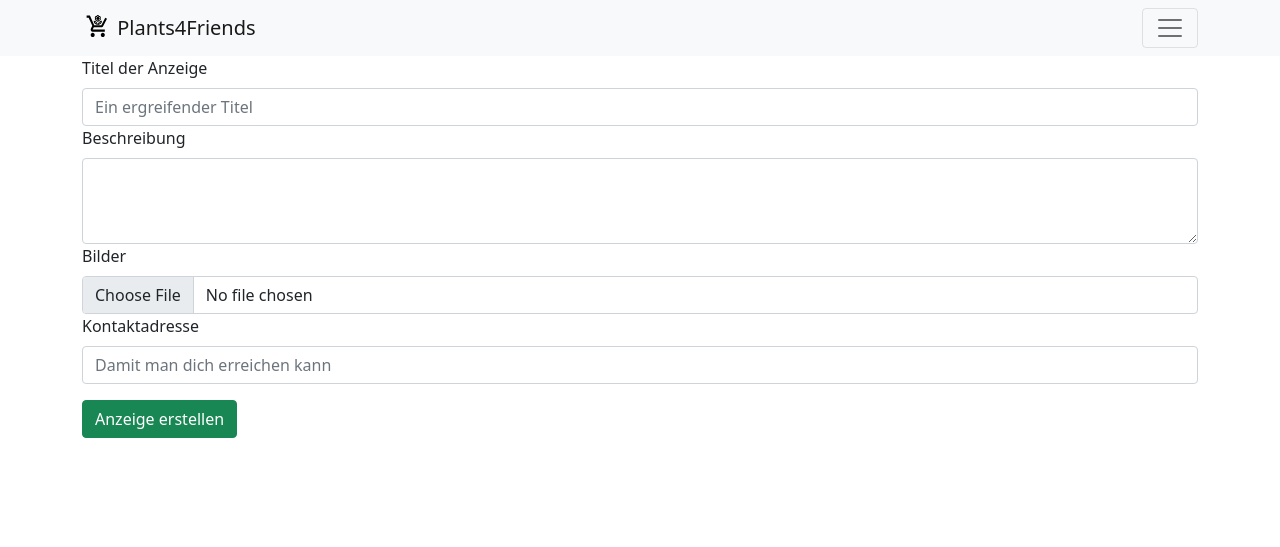
Repository: Carlson43/PlantsForFriends
Page: Website/create.html
An editor plug-in stored every save of this project. The page is shown before and after the next save, followed by the edit.
The browser window is 1280 px wide. The pictures show the whole page.

Above is the page before, as saved 2021-12-23 14:22:41.

After the next save:
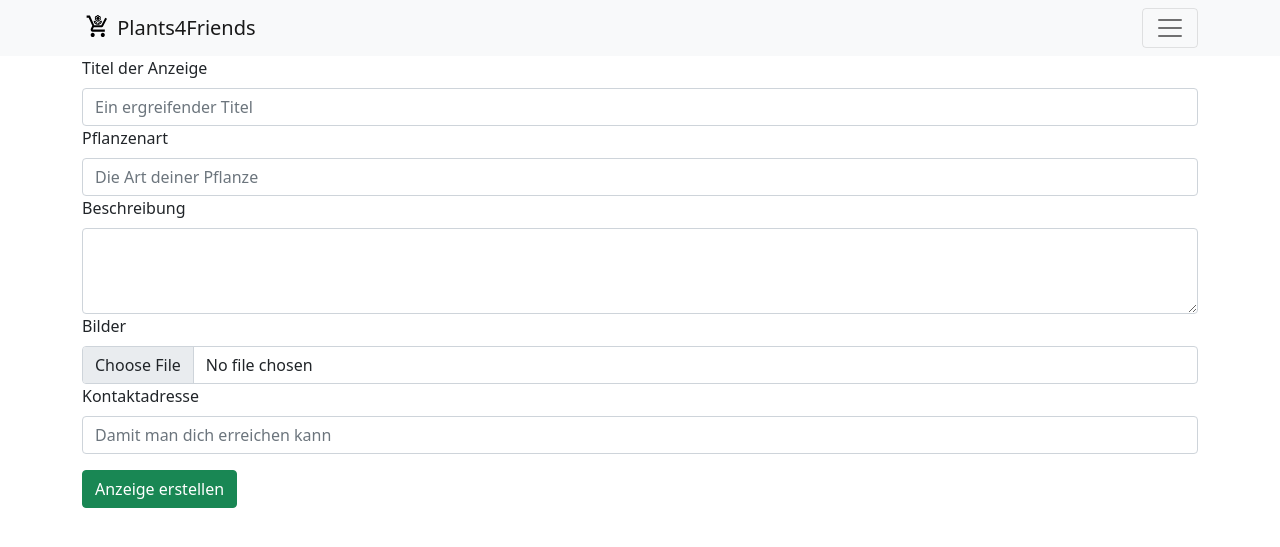
Saved 14 min 0 s later.
--- a/Website/create.html
+++ b/Website/create.html
@@ -43,6 +43,10 @@
             <input type="email" class="form-control" id="Ad_heading" placeholder="Ein ergreifender Titel">
         </div>
         <div>
+            <label for="Ad_species" class="form-label">Pflanzenart</label>
+            <input type="email" class="form-control" id="Ad_species" placeholder="Die Art deiner Pflanze">
+        </div>
+        <div>
             <label for="Ad_description" class="form-label">Beschreibung</label>
             <textarea class="form-control" id="Ad_description" rows="3"></textarea>
         </div>
